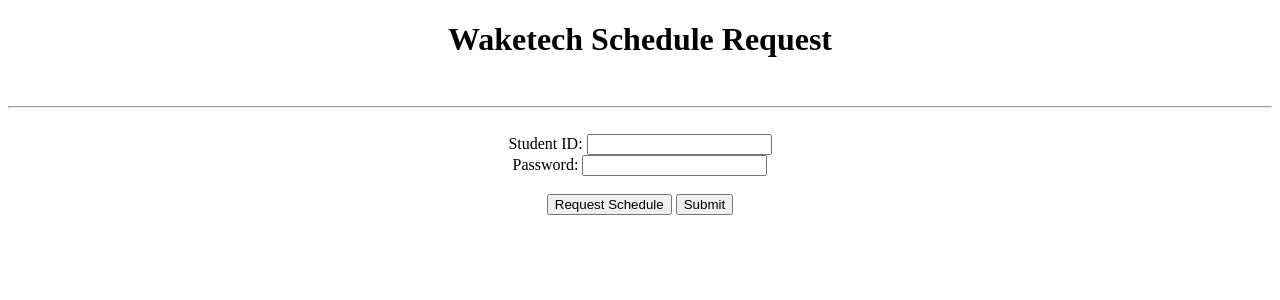
Repository: weshayutin/java258Online
Page: workspace/Week1Assignment/WebContent/week1.html
The author's editor kept a copy of each file at every save. The page is drawn from the files as they stood at one save, then again after the next save.
The browser window is 1280 px wide. The pictures show the whole page.

Above is the page before, as saved 2011-01-23 20:15:18.

After the next save:
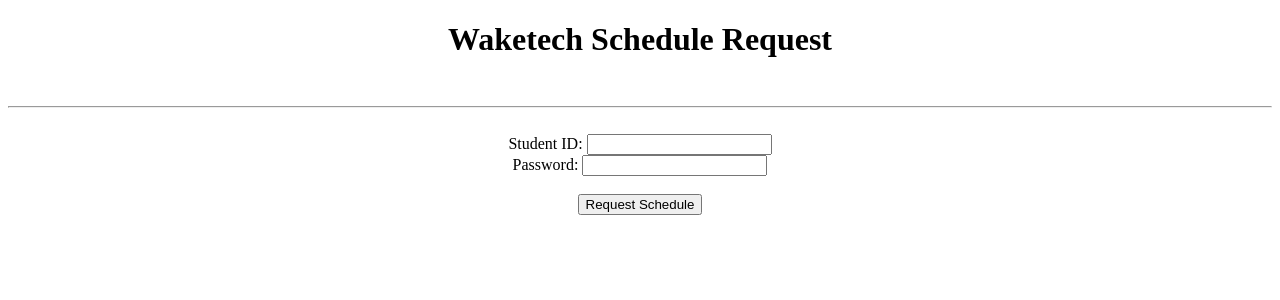
Saved 95 s later.
--- a/workspace/Week1Assignment/WebContent/week1.html
+++ b/workspace/Week1Assignment/WebContent/week1.html
@@ -17,8 +17,7 @@
 	Student ID: <input type="text" name="name"/><br>
 	Password: <input type="password" name="password"/><br/><br/>
 
-	<button> Request Schedule </button>
-	 <input type="submit" Request Schedule/>
+	 <input type="submit" value="Request Schedule"/>
 
 </form>
 </center>
